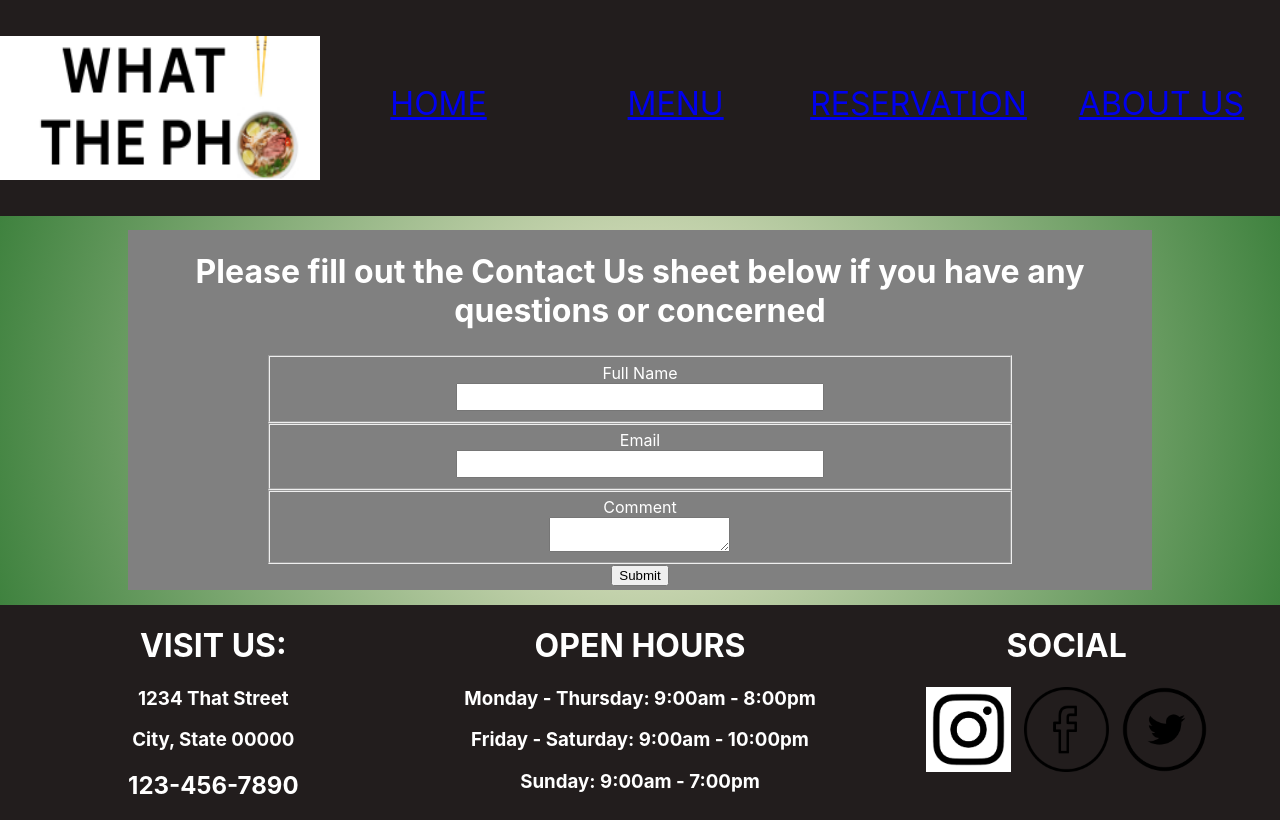
Repository: NguyenkhDang/Restaurant-Website
Page: /contactUs
An editor plug-in stored every save of this project. The page is shown before and after the next save, followed by the edit.
The browser window is 1280 px wide. The pictures show the whole page.
The project was rebuilt for these pictures with package versions that can differ from the ones it lists, and the page was loaded fresh each time. Also part of the build but not shown: src/CSS/Readmore.css, src/Readmore.js, src/CSS/SectionContainer.css, src/SectionContainer.js, src/CSS/Home.css, src/Pages/HomePage.js, src/Pages/MenuPage.js, src/CSS/ReservationForm.css and 4 more.

Above is the page before, as saved 2026-01-18 21:39:53.

After the next save:
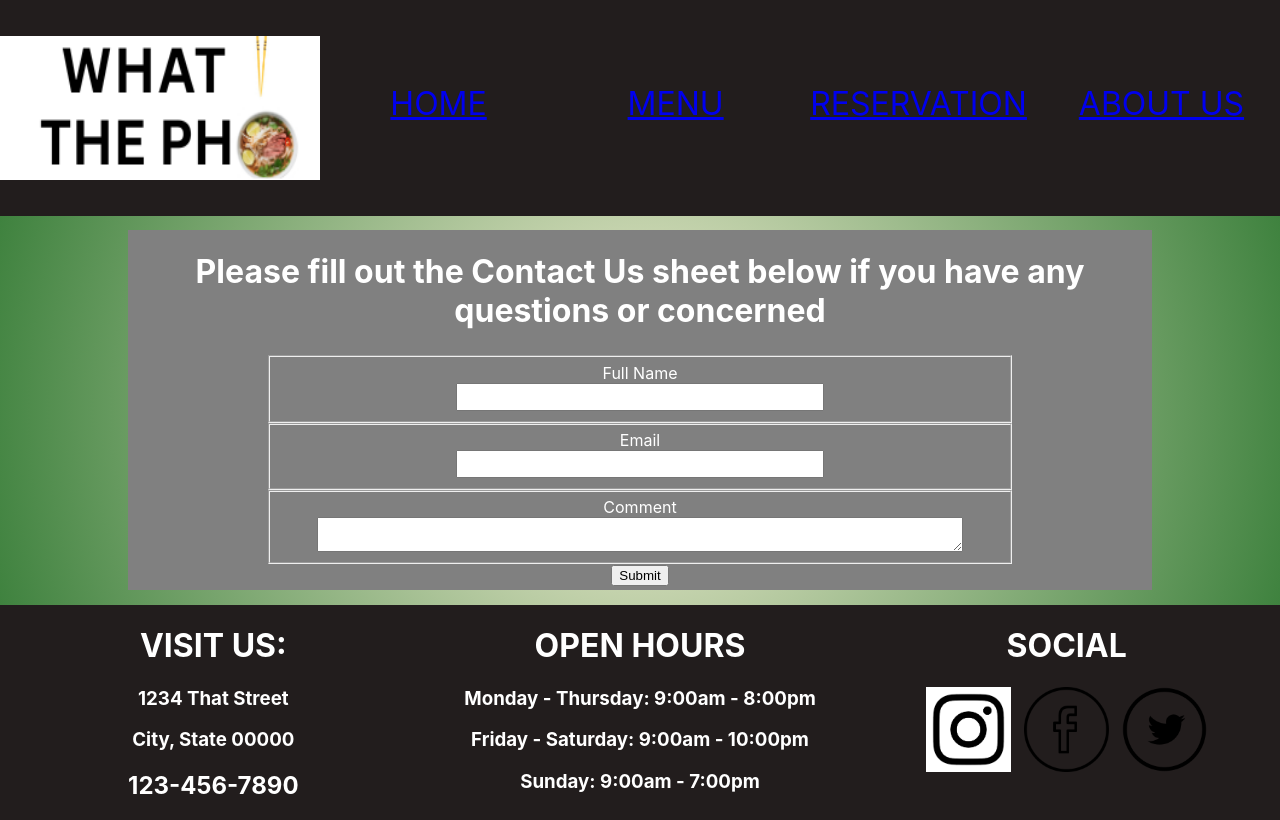
Saved 21 s later.
--- a/src/Pages/ContactUsPage.js
+++ b/src/Pages/ContactUsPage.js
@@ -50,7 +50,8 @@ const ContactUsPage = () =>{
             name="Comment"
             style={{
               width: "auto",
-              height: "4vh"
+              height: "4vh",
+              width: "50vw"
             }}
           />
         </fieldset>
